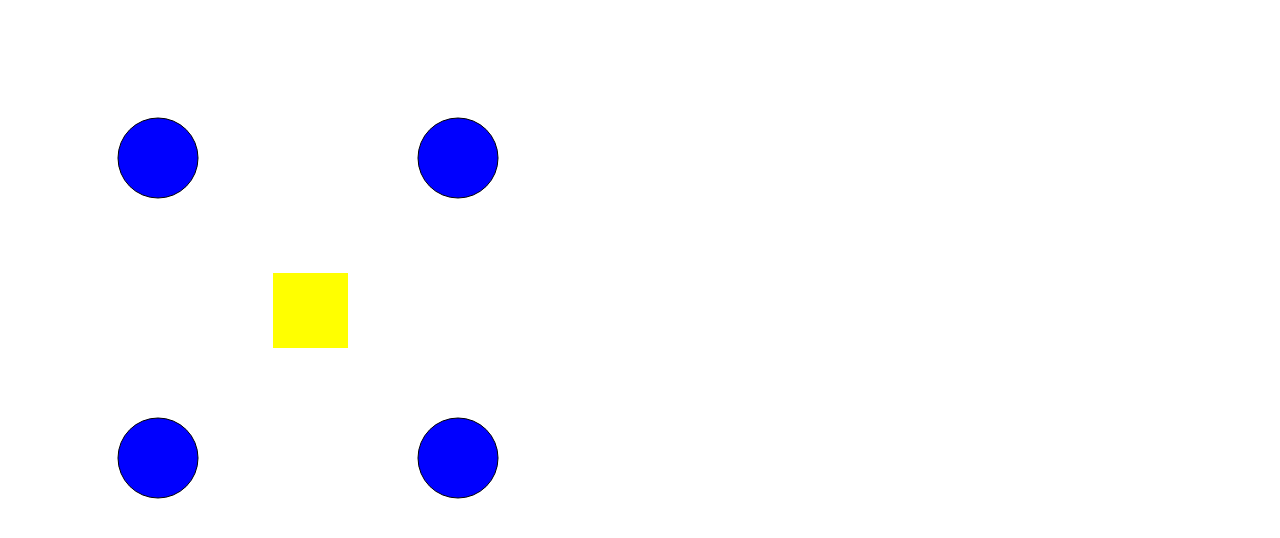
Repository: facio313/Python
Page: HELLO_PYTHON/day17/templates/canvas.html
These files come from the project's save history. The page is drawn as it stood at one moment and after the next save; the edit follows.
The browser window is 1280 px wide. The pictures show the whole page.

Above is the page before, as saved 2022-12-15 10:47:49.

### HELLO_PYTHON/day17/templates/canvas.html
<!DOCTYPE html>
<html>
<head>
<meta charset="UTF-8">
<title>Insert title here</title>
</head>
<body onload="loader()">
<script>
function loader(){
	var canvas = document.getElementById( "canvas" );   // canvas 객체
	var ctx = canvas.getContext( "2d" );      // 2d canvas 획득

	ctx.beginPath();
	ctx.arc(150, 150, 40, 0, Math.PI*2, false );
	ctx.fillStyle = "blue";
	ctx.fill();
	ctx.stroke();

	ctx.beginPath();
	ctx.arc(450, 150, 40, 0, Math.PI*2, false );
	ctx.fillStyle = "blue";
	ctx.fill();
	ctx.stroke();

	ctx.beginPath();
	ctx.arc(450, 450, 40, 0, Math.PI*2, false );
	ctx.fillStyle = "blue";
	ctx.fill();
	ctx.stroke();

	ctx.beginPath();
	ctx.arc(150, 450, 40, 0, Math.PI*2, false );
	ctx.fillStyle = "blue";
	ctx.fill();
	ctx.stroke();

	ctx.fillStyle = "rgba(255, 255, 0, 1)";
	ctx.fillRect (265, 265, 75, 75);
}
</script>

 <canvas id="canvas" width="600" height="500"/>

</body>
</html>

After the next save:
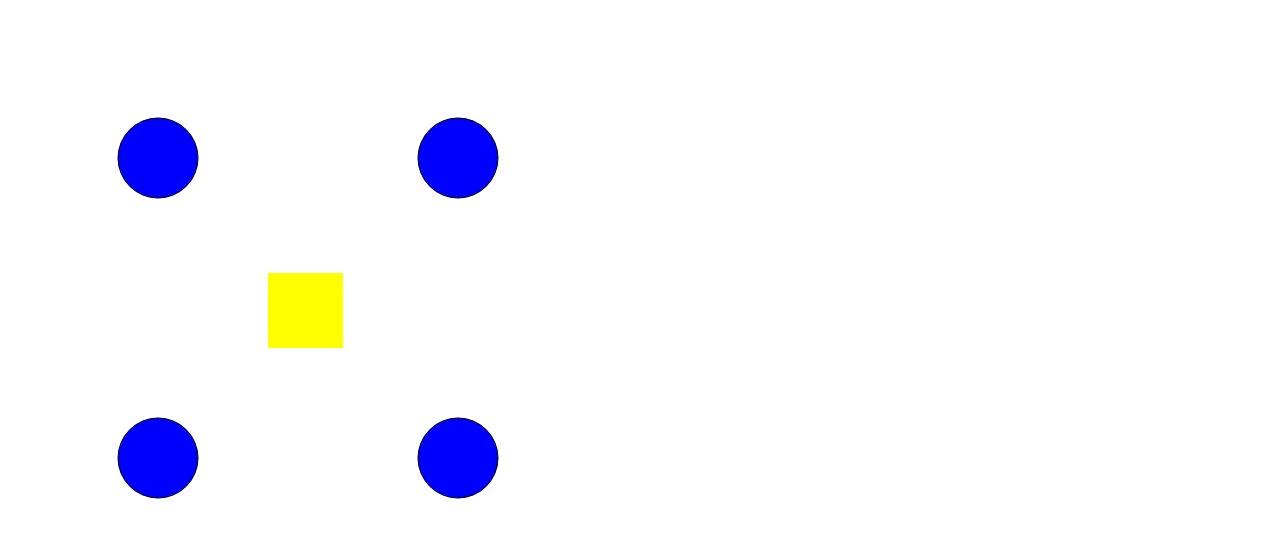
Saved 8 s later.
--- a/HELLO_PYTHON/day17/templates/canvas.html
+++ b/HELLO_PYTHON/day17/templates/canvas.html
@@ -35,7 +35,7 @@ function loader(){
 	ctx.stroke();
 
 	ctx.fillStyle = "rgba(255, 255, 0, 1)";
-	ctx.fillRect (265, 265, 75, 75);
+	ctx.fillRect (260, 265, 75, 75);
 }
 </script>
 
